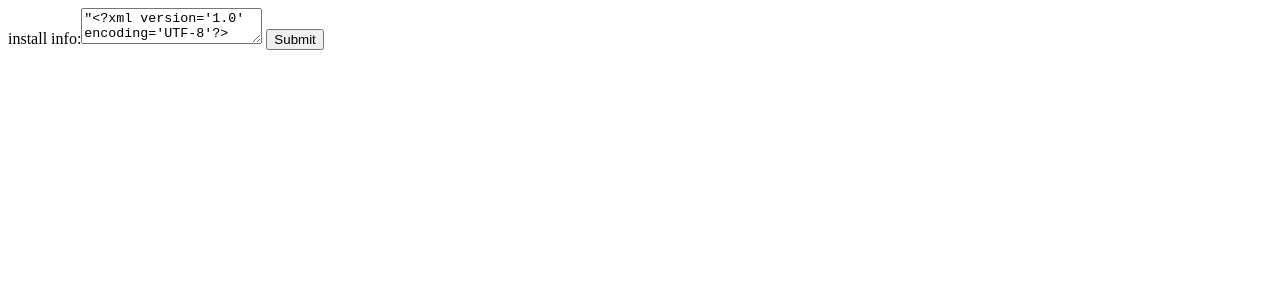
Repository: bleastrind/InternetOS
Page: http://localhost/InternetOS/appinstall.jsp
An editor plug-in stored every save of this project. The page is shown before and after the next save, followed by the edit.
The browser window is 1280 px wide. The pictures show the whole page.
The page is served by Tomcat 9. Nobody is signed in. The application's start-up code is not run. Other server files are loaded and not shown.

Above is the page before, as saved 2011-04-14 14:29:32.

### InternetOS/WebContent/appinstall.jsp
<%@ page language="java" contentType="text/html; charset=ISO-8859-1"
    pageEncoding="ISO-8859-1"%>
<!DOCTYPE html PUBLIC "-//W3C//DTD HTML 4.01 Transitional//EN" "http://www.w3.org/TR/html4/loose.dtd">
<html>
<head>
<meta http-equiv="Content-Type" content="text/html; charset=ISO-8859-1">
<title>Install app</title>
</head>
<body>
	<form action="addApp" method="POST">
		install info:<textarea name="install" >"<?xml version='1.0' encoding='UTF-8'?><Application><Name>Test</Name><Listeners><HttpListener><URL>http://localhost:8080/DemoApp/listener</URL><MatchRule type='urlregex'>.*/signal/send.*</MatchRule></HttpListener></Listeners></Application>"></textarea>
		<input type="submit"/>
	</form>
</body>
</html>

After the next save:
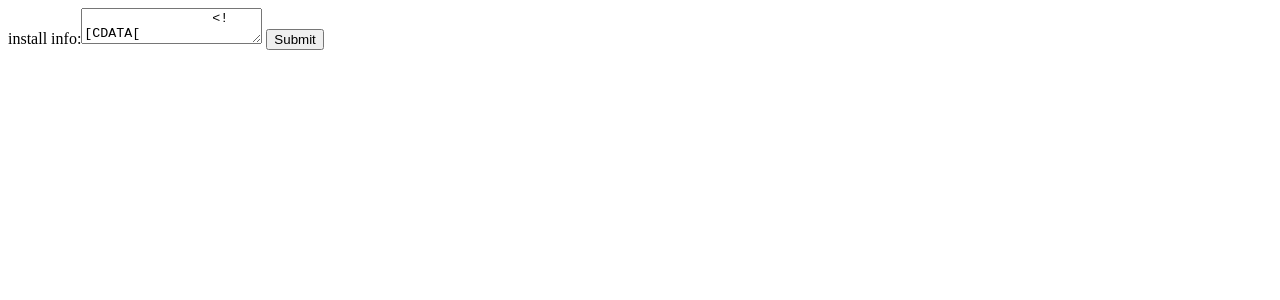
Saved 112 s later.
--- a/InternetOS/WebContent/appinstall.jsp
+++ b/InternetOS/WebContent/appinstall.jsp
@@ -8,7 +8,23 @@
 </head>
 <body>
 	<form action="addApp" method="POST">
-		install info:<textarea name="install" >"<?xml version='1.0' encoding='UTF-8'?><Application><Name>Test</Name><Listeners><HttpListener><URL>http://localhost:8080/DemoApp/listener</URL><MatchRule type='urlregex'>.*/signal/send.*</MatchRule></HttpListener></Listeners></Application>"></textarea>
+		install info:<textarea name="install">
+		<![CDATA[
+		<?xml version=\"1.0\" encoding=\"UTF-8\"?>
+		<Application>
+		<Name>Test</Name>
+		<Listeners>
+			<HttpListener>
+					<URL>http://localhost:8080/DemoApp/listener</URL>
+					<MatchRule type=\"urlregex\">
+						.*/signal/send.*
+					</MatchRule>
+			</HttpListener>
+		</Listeners>
+	</Application
+
+		]]>
+		</textarea>
 		<input type="submit"/>
 	</form>
 </body>
